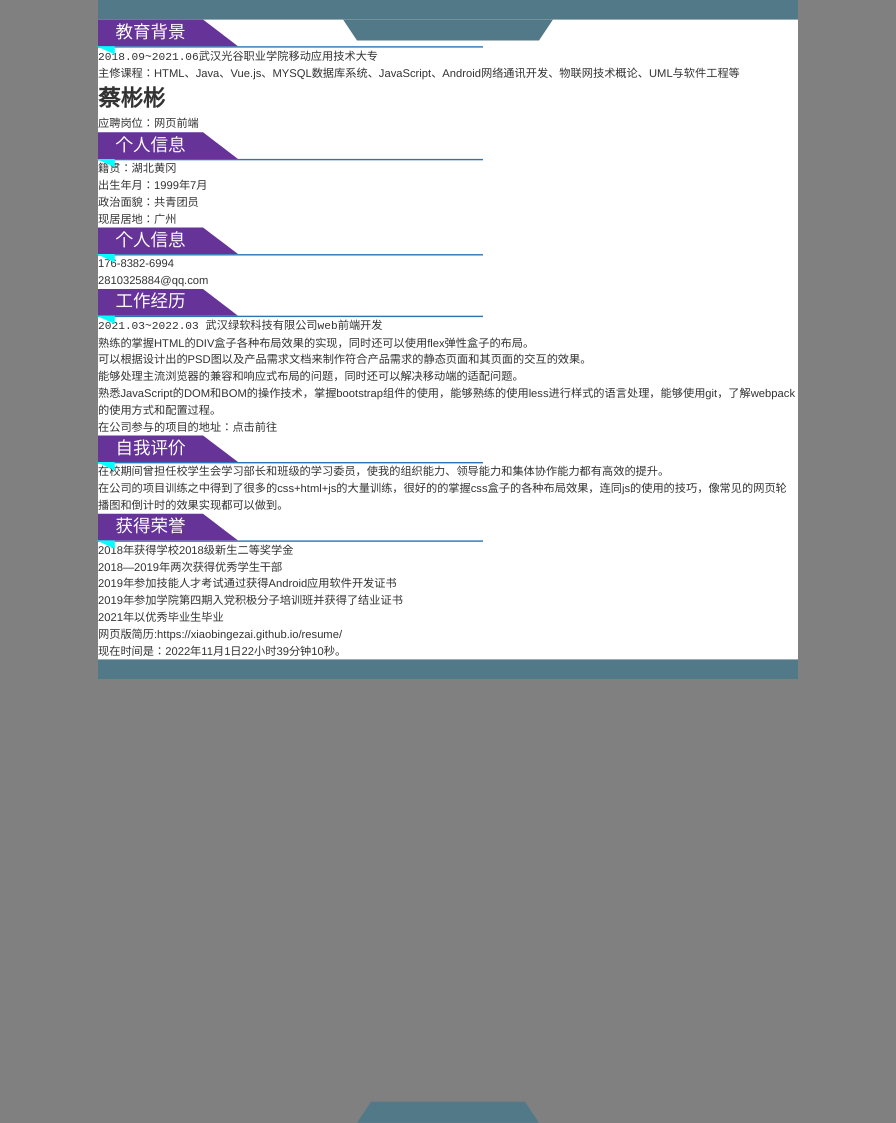
Repository: xiaobingezai/resume
Page: index.html
An editor plug-in stored every save of this project. The page is shown before and after the next save, followed by the edit.
The browser window is 1280 px wide. The pictures show the whole page, at 70% of full size.

Above is the page before, as saved 2022-11-02 21:44:55.

After the next save:
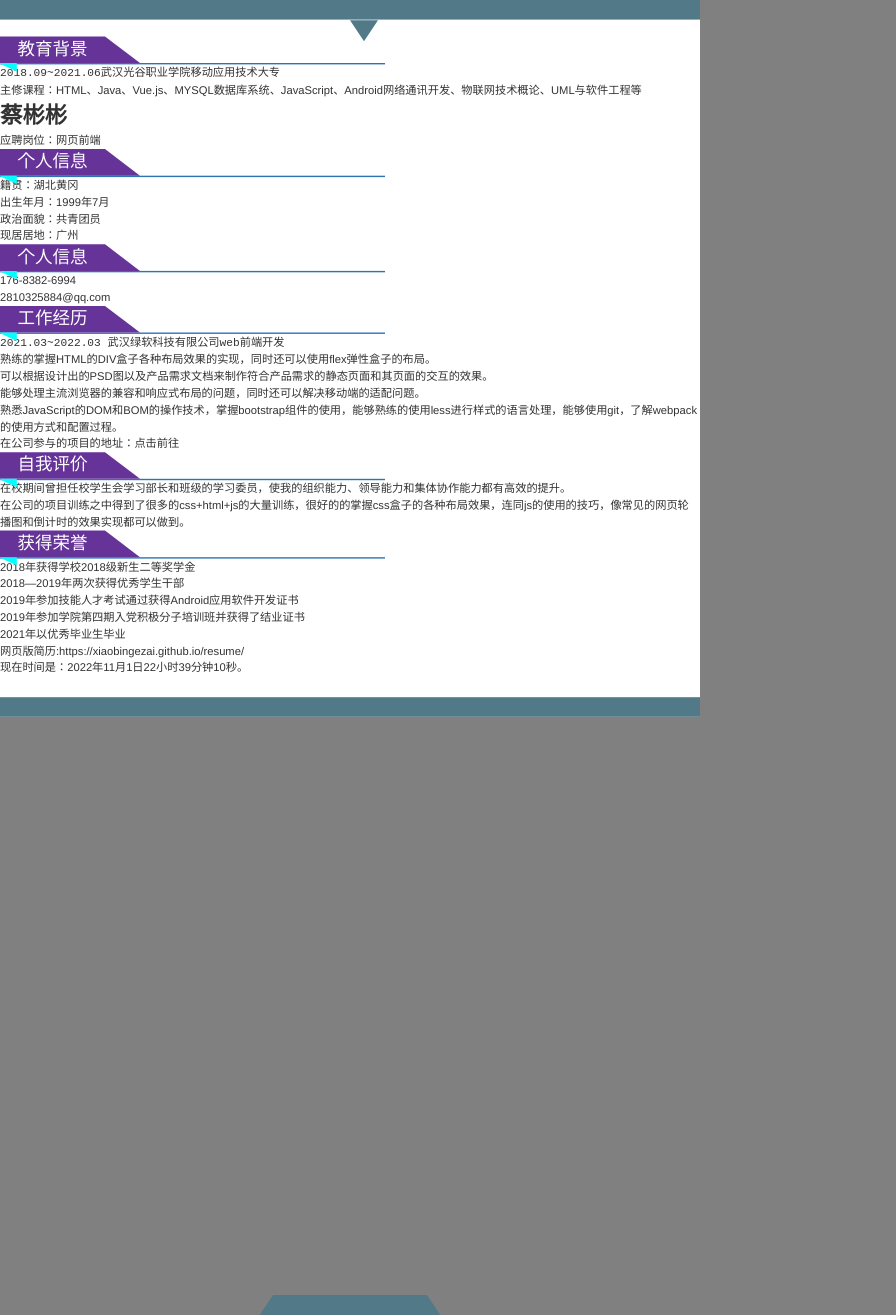
Saved 51 s later.
--- a/css/index.css
+++ b/css/index.css
@@ -130,6 +130,7 @@ body{
 
 /* 最外层的盒子的样式设置 */
 #zhengTi {
+    position: absolute;
     border-top: 28px solid #517987 ;
     border-bottom: 28px solid #517987 ;
 }
@@ -137,7 +138,7 @@ body{
     content: '';
     width: 260px;
     height: 28px;
-    position: absolute;
+    position: relative;
     top: 28px;
     left: 50%;
     transform: translateX(-50%);
@@ -148,7 +149,7 @@ body{
 #zhengTi .tiXing {
     width: 260px;
     height: 28px;
-    position: absolute;
+    position: relative;
     bottom: -884px;
     left: 50%;
     transform: translateX(-50%);
